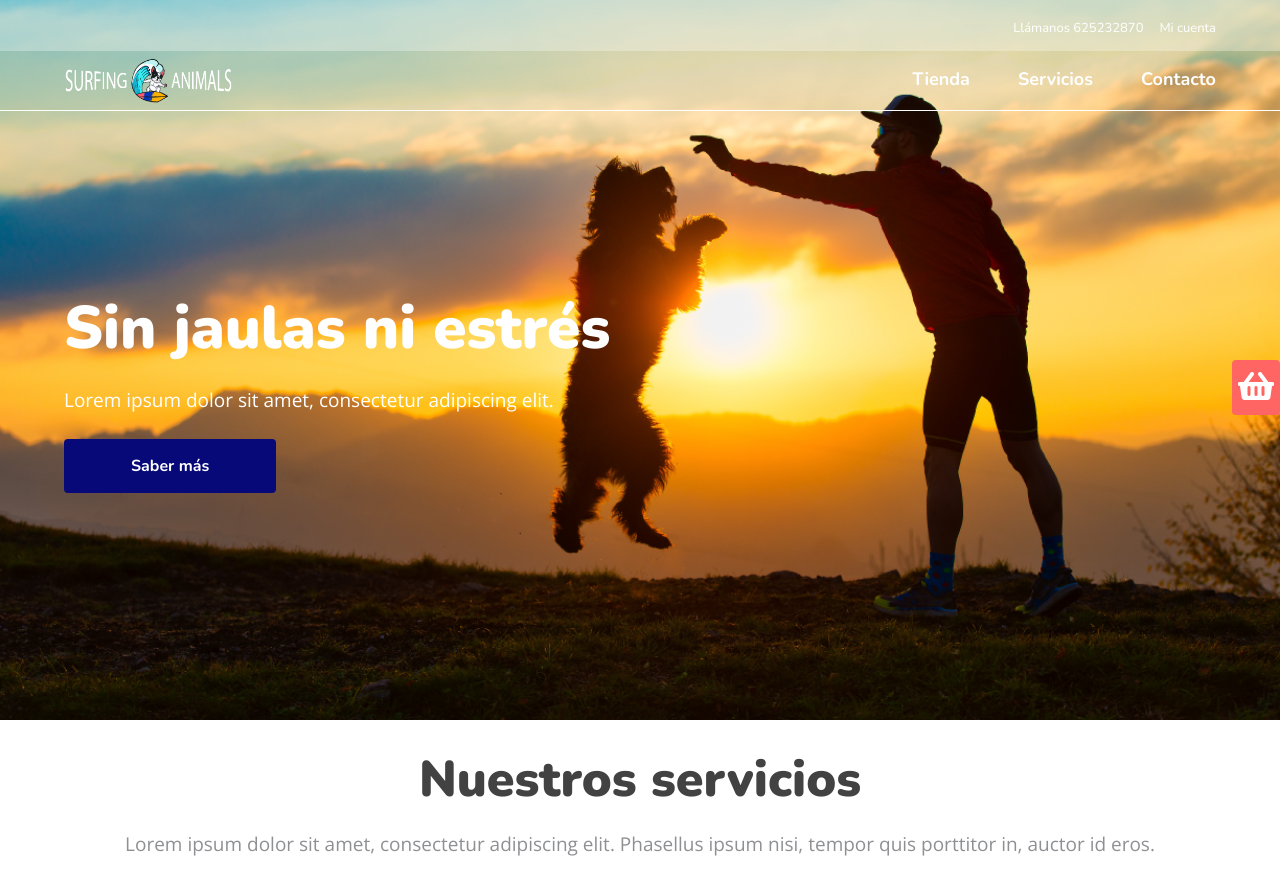
Repository: MarilynCuore/landingVet
Page: index.html
An editor plug-in stored every save of this project. The page is shown before and after the next save, followed by the edit.
The browser window is 1280 px wide. The pictures show the part of the page from y = 0 to 892 px (the page is 2200 px tall before and 2232 px after).
Pictures or frames that could not be fetched are drawn as grey boxes. Some web libraries are served in a nearby version. The style sheet was rebuilt from its Sass, Less or Tailwind sources for each picture, by a compiler version that may differ from the author's.

Above is the page before, as saved 2020-12-14 11:49:05.

After the next save:
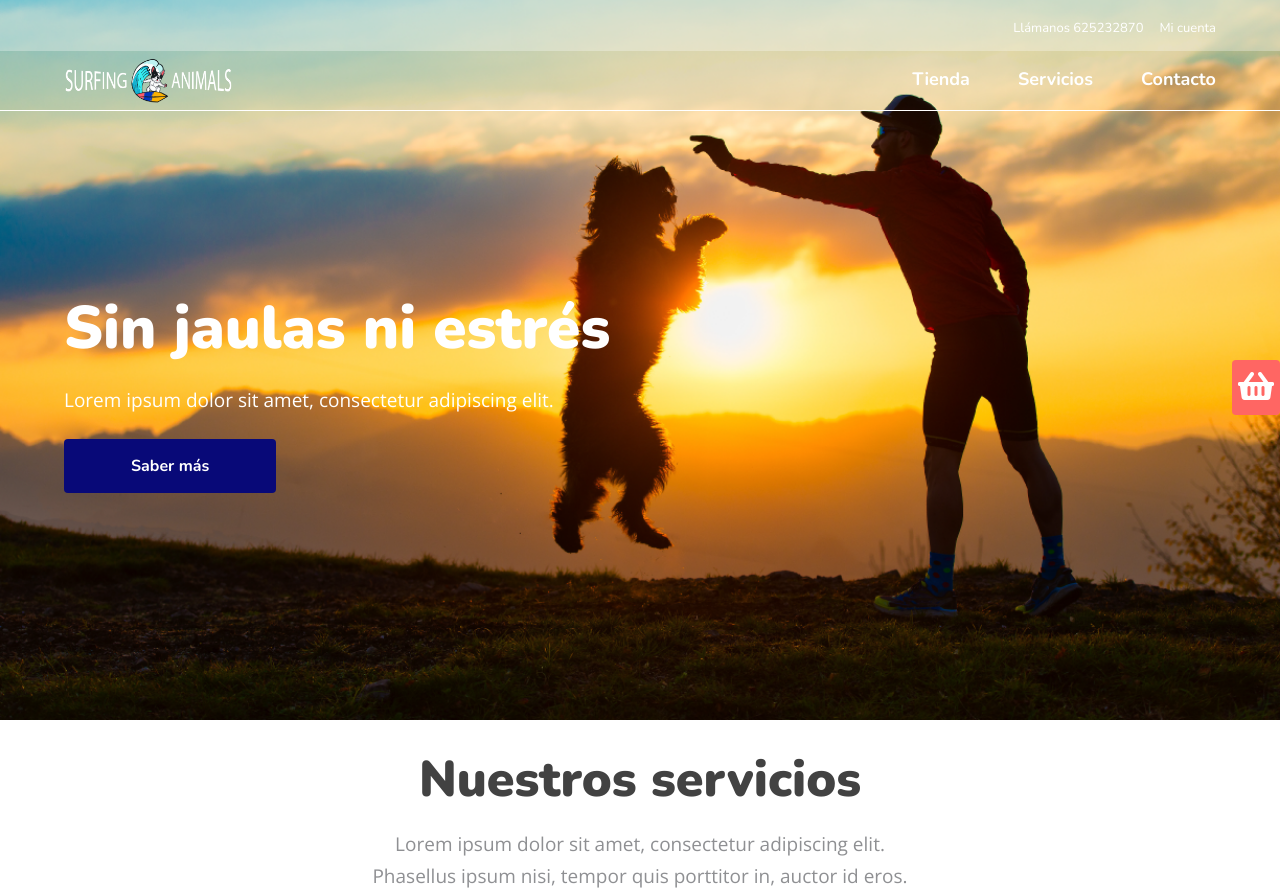
Saved 26 s later.
--- a/index.html
+++ b/index.html
@@ -68,7 +68,7 @@
             <div class="title">
                 <h2>Nuestros servicios</h2>
                 <p>
-                    Lorem ipsum dolor sit amet, consectetur adipiscing elit. Phasellus ipsum nisi, tempor quis porttitor in, auctor id eros. </p>
+                    Lorem ipsum dolor sit amet, consectetur adipiscing elit. <br> Phasellus ipsum nisi, tempor quis porttitor in, auctor id eros. </p>
             </div>
             <div class="grid">
                 <div class="grid__container">
